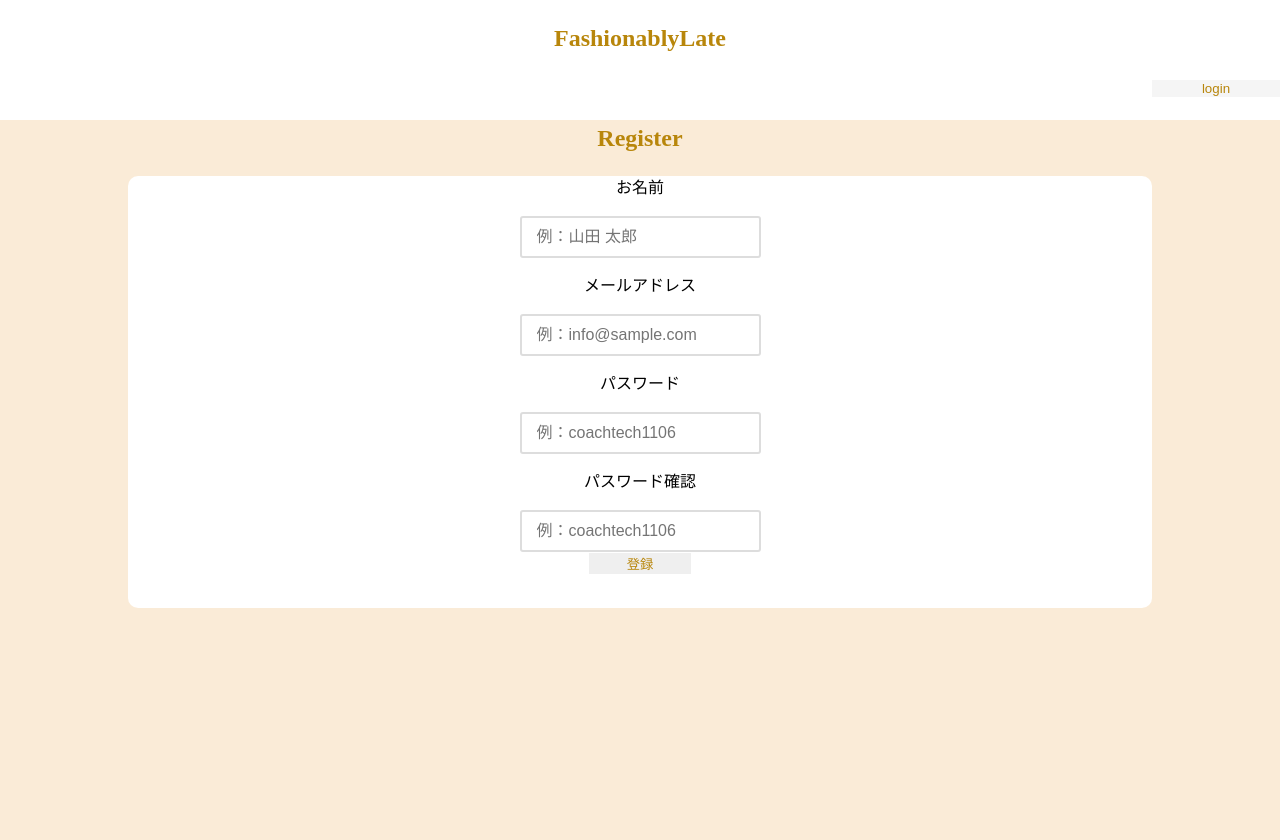
Repository: tokisiro/test-form
Page: http://localhost/register
These files come from the project's save history. The page is drawn as it stood at one moment and after the next save; the edit follows.
The browser window is 1280 px wide. The pictures show the whole page.
The page is served by the project's Laravel application, run on PHP 8.4 with Laravel 8. A made-up administrator, Test User (test@example.com), is signed in. Other server files are loaded and not shown.

Above is the page before, as saved 2025-05-07 21:09:25.

### src/routes/web.php
<?php

use Illuminate\Support\Facades\Route;
use App\Http\Controllers\ContactController;
use App\Http\Controllers\UsersController;
use Laravel\Fortify\Http\Controllers\AuthenticatedSessionController;
use Laravel\Fortify\Http\Controllers\RegisteredUserController;
/*
|--------------------------------------------------------------------------
| Web Routes
|--------------------------------------------------------------------------
|
| Here is where you can register web routes for your application. These
| routes are loaded by the RouteServiceProvider within a group which
| contains the "web" middleware group. Now create something great!
|
*/

Route::get('/',[ContactController::class, 'index']);
Route::post('/confirm',[ContactController::class, 'confirm']);
Route::post('/create',[ContactController::class, 'create']);

Route::post('/admin',[UsersController::class, 'admin']);
Route::get('/register',[UsersController::class, 'register']);




Route::middleware('auth')->group(function () {
    Route::get('/admin', [UsersController::class, 'admin']);
});

### src/app/Models/User.php
<?php

namespace App\Models;

use Illuminate\Contracts\Auth\MustVerifyEmail;
use Illuminate\Database\Eloquent\Factories\HasFactory;
use Illuminate\Foundation\Auth\User as Authenticatable;
use Illuminate\Notifications\Notifiable;
use Laravel\Sanctum\HasApiTokens;

class User extends Authenticatable
{
    use HasApiTokens, HasFactory, Notifiable;
    protected $table = 'users';

    /**
     * The attributes that are mass assignable.
     *
     * @var array<int, string>
     */
    protected $fillable = [
        'name',
        'email',
        'password',
        'remember_token',
    ];

    /**
     * The attributes that should be hidden for serialization.
     *
     * @var array<int, string>
     */
    protected $hidden = [
        'password',
        'remember_token',
    ];

    /**
     * The attributes that should be cast.
     *
     * @var array<string, string>
     */
    protected $casts = [
        'email_verified_at' => 'datetime',
    ];

    public function contacts()
{
    return $this->hasMany(Contact::class);
}
}

### src/app/Http/Controllers/UsersController.php
<?php

namespace App\Http\Controllers;

use App\Models\Category;
use App\Models\Contact;
use App\Models\User;
use Illuminate\Http\Request;
use App\Http\Requests\RegisterUserRequest;

//管理者用
class UsersController extends Controller
{
    public function register(){
        return view('register');
    }
    public function create(RegisterUserRequest $request){
        $form = $request->all();
        User::create($form);
        return view('login');
    }
    public function login(){
        return view('login');
    }
    public function admin(){


        $contacts = Contact::all()->map(function($contact) {
        switch($contact->gender) {
        case 1:
            $contact->gender_text = '男性';
            break;
        case 2:
            $contact->gender_text = '女性';
            break;
        case 3:
            $contact->gender_text = 'その他';
            break;
        default:
            $contact->gender_text = '';
            break;
        }
        // お問い合わせ内容を変換
        switch($contact->category_id) {
        case 1:
            $contact->category_name = '商品のお届けについて';
            break;
        case 2:
            $contact->category_name = '商品の交換について';
            break;
        case 3:
            $contact->category_name = '商品トラブル';
            break;
        case 4:
            $contact->category_name = 'ショップへのお問い合わせ';
            break;
        case 5:
            $contact->category_name = 'その他';
            break;
        default:
            $contact->category_name = '';
            break;
        }
        return $contact;
    });

    // もしももともと contacts がなければ空のコレクションを設定
    if ($contacts->isEmpty()) {
        $contacts = collect();
    }

    // ビューに渡す
    return view('admin', ['contacts' => $contacts]);


    }
}

### src/resources/views/register.blade.php
<!DOCTYPE html>
<html lang="ja">
<head>
    <meta charset="UTF-8">
    <meta http-equiv="X-UA-Compatible" content="IE=edge">
    <meta name="viewport" content="width=device-width, initial-scale=1.0">
    <title>FashionablyLate</title>
    <link rel="stylesheet" href="css/sanitize.css" />
    <link rel="stylesheet" href="css/register.css" />
</head>
<body>
    <!--ユーザー登録ページ-->
    <header class="header">
        <div class="header__inner">
            <a class="header__logo" href="/">
                FashionablyLate
            </a>
        </div>
        <div class="header__button">
            <a  href="/login">
                <button class="header__button-item">
                    login
                </button>
            </a>
        </div>
    </header>
    <main>
        <div class="register-form">
            <div class="register-form__title">
                <h2>Register</h2>
            </div>
            <div class="register-form__content">
                    <div class="register-form__content-item">
                        <form action="/register" method="post">
                            @csrf
                            @if (count($errors) > 0)
                            <ul>
                                @foreach ($errors->all() as $error)
                                    <li>{{$error}}</li>
                                @endforeach
                            </ul>
                        @endif
                        <div class="register-form__content-input">
                            <p>お名前</p>
                            <input type="text" name="name" value="{{ old('name') }}" placeholder="例：山田 太郎">
                        </div>
                        <div class="register-form__content-input">
                            <p>メールアドレス</p>
                            <input type="email" name="email" value="{{ old('email') }}" placeholder="例：info@sample.com">
                        </div>
                        <div class="register-form__content-input">
                            <p>パスワード</p>
                            <input type="password" name="password" placeholder="例：coachtech1106">
                        </div>
                        <div class="register-form__content-input">
                            <p>パスワード確認</p>
                            <input type="password" name="password_confirmation" placeholder="例：coachtech1106">
                        </div>
                            <div class="register-form__button">
                            <button class="register-form__button-submit" type="submit">
                                登録
                            </button>
                        </div>
                        </form>
                    </div>
                <!--ボタン類を記述-->
                </div>
            </div>
        </div>
    </main>
</body>
</html>

### src/public/css/sanitize.css
/* Document
* ========================================================================== */

/**
* Add border box sizing in all browsers (opinionated).
*/

*,
::before,
::after {
    box-sizing: border-box;
}

/**
* 1. Add text decoration inheritance in all browsers (opinionated).
* 2. Add vertical alignment inheritance in all browsers (opinionated).
*/

::before,
::after {
    vertical-align: inherit;
    /* 2 */
    text-decoration: inherit;
    /* 1 */
}

/**
* 1. Use the default cursor in all browsers (opinionated).
* 2. Change the line height in all browsers (opinionated).
* 3. Use a 4-space tab width in all browsers (opinionated).
* 4. Remove the grey highlight on links in iOS (opinionated).
* 5. Prevent adjustments of font size after orientation changes in
*    IE on Windows Phone and in iOS.
* 6. Breaks words to prevent overflow in all browsers (opinionated).
*/

html {
    word-break: break-word;
    /* 6 */
    -moz-tab-size: 4;
    /* 3 */
    tab-size: 4;
    /* 3 */
    line-height: 1.5;
    /* 2 */
    cursor: default;
    /* 1 */

    -webkit-tap-highlight-color: transparent
        /* 4 */
    ;
    -ms-text-size-adjust: 100%;
    /* 5 */
    -webkit-text-size-adjust: 100%;
    /* 5 */
}

/* Sections
* ========================================================================== */

/**
* Remove the margin in all browsers (opinionated).
*/

body {
    margin: 0;
}

/**
* Correct the font size and margin on `h1` elements within `section` and
* `article` contexts in Chrome, Edge, Firefox, and Safari.
*/

h1 {
    margin: 0.67em 0;
    font-size: 2em;
}

/* Grouping content
* ========================================================================== */

/**
* Remove the margin on nested lists in Chrome, Edge, IE, and Safari.
*/

dl dl,
dl ol,
dl ul,
ol dl,
ul dl {
    margin: 0;
}

/**
* Remove the margin on nested lists in Edge 18- and IE.
*/

ol ol,
ol ul,
ul ol,
ul ul {
    margin: 0;
}

/**
* 1. Add the correct sizing in Firefox.
* 2. Show the overflow in Edge 18- and IE.
*/

hr {
    overflow: visible;
    /* 2 */
    height: 0;
    /* 1 */
}

/**
* Add the correct display in IE.
*/

main {
    display: block;
}

/**
* Remove the list style on navigation lists in all browsers (opinionated).
*/

nav ol,
nav ul {
    padding: 0;
    list-style: none;
}

/**
* 1. Correct the inheritance and scaling of font size in all browsers.
* 2. Correct the odd `em` font sizing in all browsers.
*/

pre {
    font-size: 1em;
    /* 2 */
    font-family: monospace, monospace;
    /* 1 */
}

/* Text-level semantics
* ========================================================================== */

/**
* Remove the gray background on active links in IE 10.
*/

a {
    background-color: transparent;
}

/**
* Add the correct text decoration in Edge 18-, IE, and Safari.
*/

abbr[title] {
    text-decoration: underline;
    text-decoration: underline dotted;
}

/**
* Add the correct font weight in Chrome, Edge, and Safari.
*/

b,
strong {
    font-weight: bolder;
}

/**
* 1. Correct the inheritance and scaling of font size in all browsers.
* 2. Correct the odd `em` font sizing in all browsers.
*/

code,
kbd,
samp {
    font-size: 1em;
    /* 2 */
    font-family: monospace, monospace;
    /* 1 */
}

/**
* Add the correct font size in all browsers.
*/

small {
    font-size: 80%;
}

/* Embedded content
* ========================================================================== */

/*
* Change the alignment on media elements in all browsers (opinionated).
*/

audio,
canvas,
iframe,
img,
svg,
video {
    vertical-align: middle;
}

/**
* Add the correct display in IE 9-.
*/

audio,
video {
    display: inline-block;
}

/**
* Add the correct display in iOS 4-7.
*/

audio:not([controls]) {
    display: none;
    height: 0;
}

/**
* Remove the border on iframes in all browsers (opinionated).
*/

iframe {
    border-style: none;
}

/**
* Remove the border on images within links in IE 10-.
*/

img {
    border-style: none;
}

/**
* Change the fill color to match the text color in all browsers (opinionated).
*/

svg:not([fill]) {
    fill: currentColor;
}

/**
* Hide the overflow in IE.
*/

svg:not(:root) {
    overflow: hidden;
}

/* Tabular data
* ========================================================================== */

/**
* Collapse border spacing in all browsers (opinionated).
*/

table {
    border-collapse: collapse;
}

/* Forms
* ========================================================================== */

/**
* Remove the margin on controls in Safari.
*/

button,
input,
select {
    margin: 0;
}

/**
* 1. Show the overflow in IE.
* 2. Remove the inheritance of text transform in Edge 18-, Firefox, and IE.
*/

button {
    overflow: visible;
    /* 1 */
    text-transform: none;
    /* 2 */
}

/**
* Correct the inability to style buttons in iOS and Safari.
*/

button,
[type="button"],
[type="reset"],
[type="submit"] {
    -webkit-appearance: button;
}

/**
* 1. Change the inconsistent appearance in all browsers (opinionated).
* 2. Correct the padding in Firefox.
*/

fieldset {
    padding: 0.35em 0.75em 0.625em;
    /* 2 */
    border: 1px solid #a0a0a0;
    /* 1 */
}

/**
* Show the overflow in Edge 18- and IE.
*/

input {
    overflow: visible;
}

/**
* 1. Correct the text wrapping in Edge 18- and IE.
* 2. Correct the color inheritance from `fieldset` elements in IE.
*/

legend {
    display: table;
    /* 1 */
    max-width: 100%;
    /* 1 */
    color: inherit;
    /* 2 */
    white-space: normal;
    /* 1 */
}

/**
* 1. Add the correct display in Edge 18- and IE.
* 2. Add the correct vertical alignment in Chrome, Edge, and Firefox.
*/

progress {
    display: inline-block;
    /* 1 */
    vertical-align: baseline;
    /* 2 */
}

/**
* Remove the inheritance of text transform in Firefox.
*/

select {
    text-transform: none;
}

/**
* 1. Remove the margin in Firefox and Safari.
* 2. Remove the default vertical scrollbar in IE.
* 3. Change the resize direction in all browsers (opinionated).
*/

textarea {
    overflow: auto;
    /* 2 */
    margin: 0;
    /* 1 */
    resize: vertical;
    /* 3 */
}

/**
* Remove the padding in IE 10-.
*/

[type="checkbox"],
[type="radio"] {
    padding: 0;
}

/**
* 1. Correct the odd appearance in Chrome, Edge, and Safari.
* 2. Correct the outline style in Safari.
*/

[type="search"] {
    outline-offset: -2px;
    /* 2 */

    -webkit-appearance: textfield;
    /* 1 */
}

/**
* Correct the cursor style of increment and decrement buttons in Safari.
*/

::-webkit-inner-spin-button,
::-webkit-outer-spin-button {
    height: auto;
}

/**
* Correct the text style of placeholders in Chrome, Edge, and Safari.
*/

::-webkit-input-placeholder {
    color: inherit;
    opacity: 0.54;
}

/**
* Remove the inner padding in Chrome, Edge, and Safari on macOS.
*/

::-webkit-search-decoration {
    -webkit-appearance: none;
}

/**
* 1. Correct the inability to style upload buttons in iOS and Safari.
* 2. Change font properties to `inherit` in Safari.
*/

::-webkit-file-upload-button {
    font: inherit;
    /* 2 */

    -webkit-appearance: button;
    /* 1 */
}

/**
* Remove the inner border and padding of focus outlines in Firefox.
*/

::-moz-focus-inner {
    padding: 0;
    border-style: none;
}

/**
* Restore the focus outline styles unset by the previous rule in Firefox.
*/

:-moz-focusring {
    outline: 1px dotted ButtonText;
}

/**
* Remove the additional :invalid styles in Firefox.
*/

:-moz-ui-invalid {
    box-shadow: none;
}

/* Interactive
* ========================================================================== */

/*
* Add the correct display in Edge 18- and IE.
*/

details {
    display: block;
}

/*
* Add the correct styles in Edge 18-, IE, and Safari.
*/

dialog {
    position: absolute;
    right: 0;
    left: 0;
    display: block;
    margin: auto;
    padding: 1em;
    width: -moz-fit-content;
    width: -webkit-fit-content;
    width: fit-content;
    height: -moz-fit-content;
    height: -webkit-fit-content;
    height: fit-content;
    border: solid;
    background-color: white;
    color: black;
}

dialog:not([open]) {
    display: none;
}

/*
* Add the correct display in all browsers.
*/

summary {
    display: list-item;
}

/* Scripting
* ========================================================================== */

/**
* Add the correct display in IE 9-.
*/

canvas {
    display: inline-block;
}

/**
* Add the correct display in IE.
*/

template {
    display: none;
}

/* User interaction
* ========================================================================== */

/*
* 1. Remove the tapping delay in IE 10.
* 2. Remove the tapping delay on clickable elements
in all browsers (opinionated).
*/

a,
area,
button,
input,
label,
select,
summary,
textarea,
[tabindex] {
    -ms-touch-action: manipulation;
    /* 1 */
    touch-action: manipulation;
    /* 2 */
}

/**
* Add the correct display in IE 10-.
*/

[hidden] {
    display: none;
}

/* Accessibility
* ========================================================================== */

/**
* Change the cursor on busy elements in all browsers (opinionated).
*/

[aria-busy="true"] {
    cursor: progress;
}

/*
* Change the cursor on control elements in all browsers (opinionated).
*/

[aria-controls] {
    cursor: pointer;
}

/*
* Change the cursor on disabled, not-editable, or otherwise
* inoperable elements in all browsers (opinionated).
*/

[aria-disabled="true"],
[disabled] {
    cursor: not-allowed;
}

/*
* Change the display on visually hidden accessible elements
* in all browsers (opinionated).
*/

[aria-hidden="false"][hidden] {
    display: initial;
}

[aria-hidden="false"][hidden]:not(:focus) {
    position: absolute;
    clip: rect(0, 0, 0, 0);
}

### src/public/css/register.css

.header {
    background-color: white;

}

.header__inner
{
    margin: 0 auto;
    padding: 20px 15px;
    max-width: 1230px;
    text-align: center;
}

.header__logo {
    color: #B8860B;
    text-decoration: none;
    font-weight: bold;
    font-size: 24px;
    font-family: serif;
}

.header__button{
    position: relative;
    text-align: right;
}

.header__button-item{
    color: #B8860B;
    background-color: whitesmoke;
    border: 1px;
    border-color: #B8860B;
    width: 10%;
    cursor: pointer;
}


.register-form {
    background-color: antiquewhite;
    height: 100vh;
    text-align: center;
}

.register-form__title{
    color: #B8860B;
    font-family: serif;
}

.register-form__content{
    background-color: white;
    width: 80%;
    height: 60%;
    margin: 0 auto;
    border-radius: 10px;
}

.register-form__button-submit{
    color: #B8860B;
        background-color: whitesmoke#B8860B;
        border: 1px;
        border-color: #B8860B;
        width: 10%;
        cursor: pointer;
}

input{
        padding: 10px 15px;
        /*ボックスを大きくする*/
        font-size: 16px;
        border-radius: 3px;
        /*ボックス角の丸み*/
        border: 2px solid #ddd;
        /*枠線*/
        box-sizing: border-box;
        /*横幅の解釈をpadding, borderまでとする*/
}

Loaded but not shown: src/app/Http/Controllers/Controller.php (common file)

After the next save:
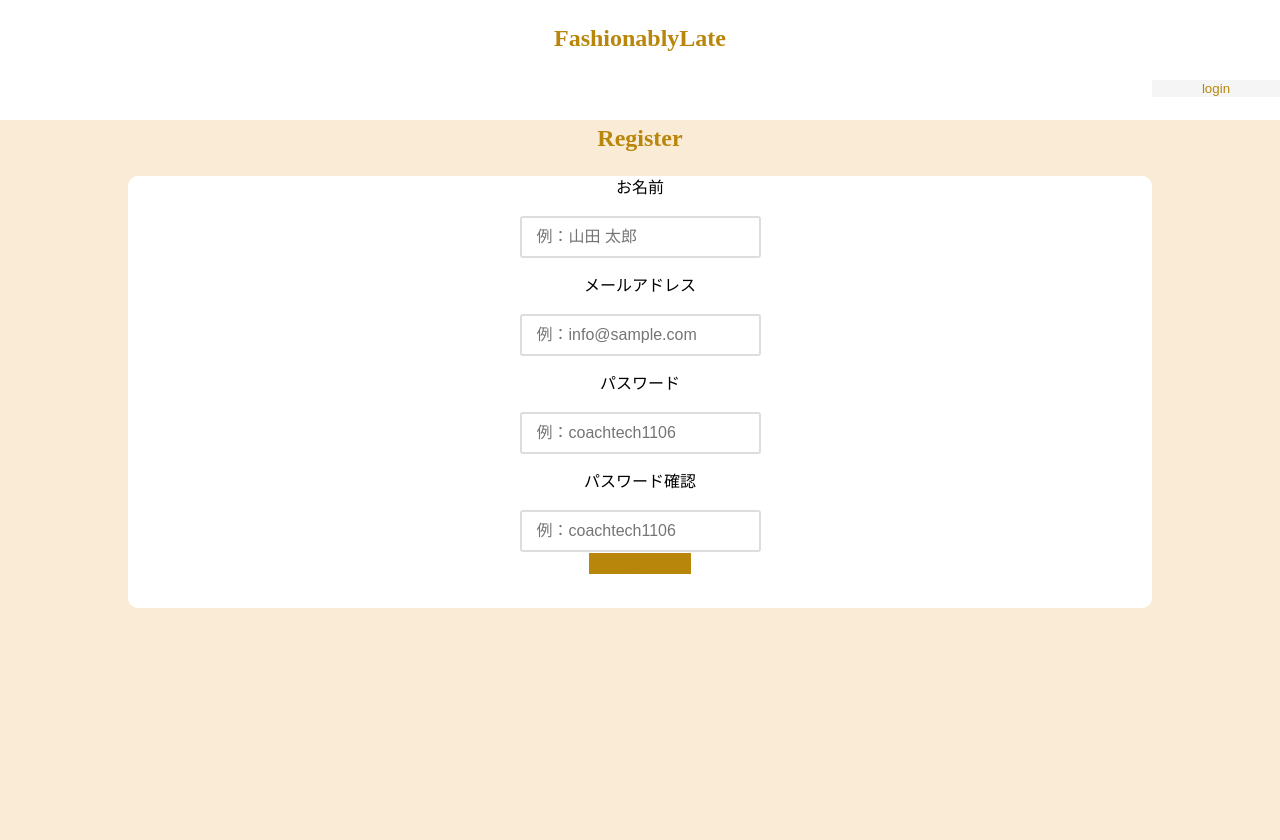
Saved 9 s later.
--- a/src/public/css/register.css
+++ b/src/public/css/register.css
@@ -56,7 +56,7 @@
 
 .register-form__button-submit{
     color: #B8860B;
-        background-color: whitesmoke#B8860B;
+        background-color: #B8860B;
         border: 1px;
         border-color: #B8860B;
         width: 10%;
